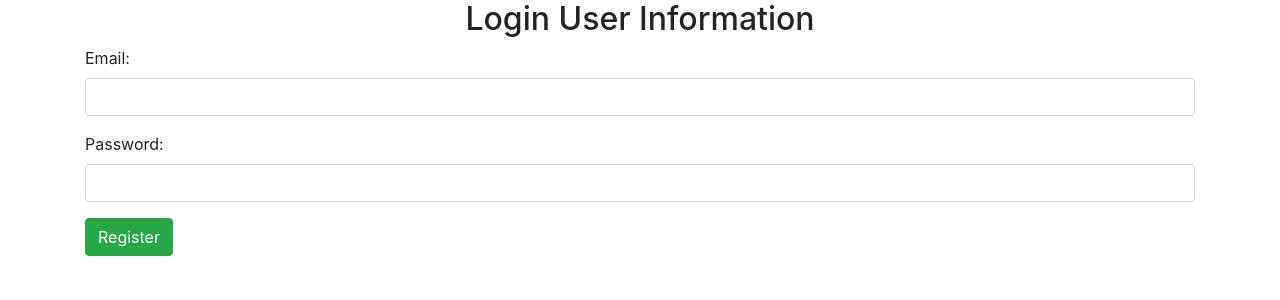
Repository: thanhbui99/java-eclipse
Page: http://localhost/userProject/dang-nhap
An editor plug-in stored every save of this project. The page is shown before and after the next save, followed by the edit.
The browser window is 1280 px wide. The pictures show the whole page.
The page is served by Tomcat 9.

Above is the page before, as saved 2020-11-02 08:21:15.

After the next save:
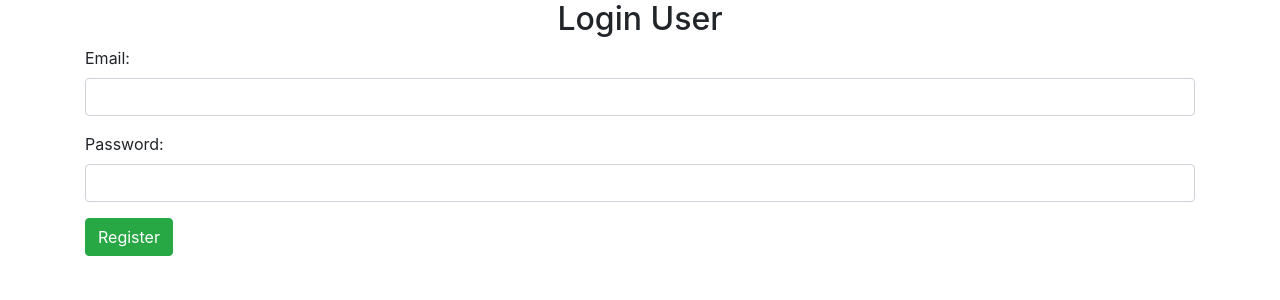
Saved 10 s later.
--- a/workspace/userProject/WebContent/WEB-INF/View/Login.jsp
+++ b/workspace/userProject/WebContent/WEB-INF/View/Login.jsp
@@ -26,8 +26,7 @@
 	<div class="container">
 		<div class="panel panel-primary">
 			<div class="panel-heading">
-				<h2 class="text-center">Login User
-					Information</h2>
+				<h2 class="text-center">Login User</h2>
 			</div>
 			<div class="panel-body">
                 <form method="POST" action="RegisterServlet">
